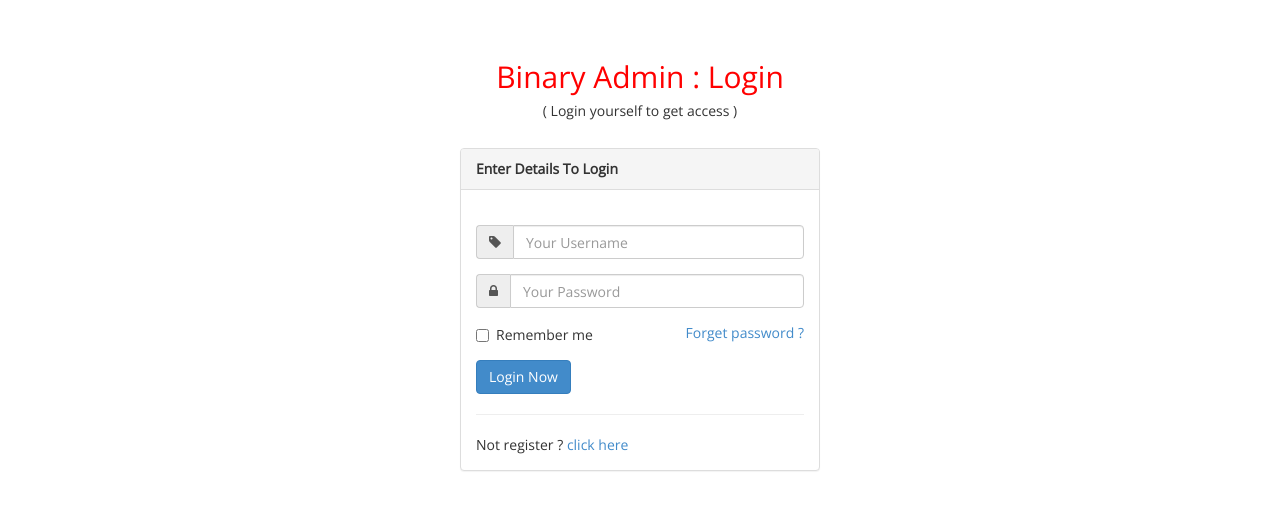
Repository: rauru008/EAD-da-WMBarros
Page: http://localhost/login.php
These files come from the project's save history. The page is drawn as it stood at one moment and after a run of saves; the edit follows.
The browser window is 1280 px wide. The pictures show the whole page.
The page is run by PHP 8.4 with error messages shown; the project is at /var/www/html/.

Above is the page before, as saved 2025-05-06 17:38:03.

### Financeiro/login.php
<!DOCTYPE html>
<html xmlns="http://www.w3.org/1999/xhtml">

<head>
    <meta charset="utf-8" />
    <meta name="viewport" content="width=device-width, initial-scale=1.0" />
    <title>Free Bootstrap Admin Template : Binary Admin</title>
    <!-- BOOTSTRAP STYLES-->
    <link href="assets/css/bootstrap.css" rel="stylesheet" />
    <!-- FONTAWESOME STYLES-->
    <link href="assets/css/font-awesome.css" rel="stylesheet" />
    <!-- CUSTOM STYLES-->
    <link href="assets/css/custom.css" rel="stylesheet" />
    <!-- GOOGLE FONTS-->
    <link href='http://fonts.googleapis.com/css?family=Open+Sans' rel='stylesheet' type='text/css' />

</head>

<body>
    <div class="container">
        <div class="row text-center ">
            <div class="col-md-12">
                <br /><br />
                <h2> Binary Admin : Login</h2>

                <h5>( Login yourself to get access )</h5>
                <br />
            </div>
        </div>
        <div class="row ">

            <div class="col-md-4 col-md-offset-4 col-sm-6 col-sm-offset-3 col-xs-10 col-xs-offset-1">
                <div class="panel panel-default">
                    <div class="panel-heading">
                        <strong> Enter Details To Login </strong>
                    </div>
                    <div class="panel-body">
                        <form role="form">
                            <br />
                            <div class="form-group input-group">
                                <span class="input-group-addon"><i class="fa fa-tag"></i></span>
                                <input type="text" class="form-control" placeholder="Your Username " />
                            </div>
                            <div class="form-group input-group">
                                <span class="input-group-addon"><i class="fa fa-lock"></i></span>
                                <input type="password" class="form-control" placeholder="Your Password" />
                            </div>
                            <div class="form-group">
                                <label class="checkbox-inline">
                                    <input type="checkbox" /> Remember me
                                </label>
                                <span class="pull-right">
                                    <a href="#">Forget password ? </a>
                                </span>
                            </div>

                            <a href="index.html" class="btn btn-primary ">Login Now</a>
                            <hr />
                            Not register ? <a href="registeration.html">click here </a>
                        </form>
                    </div>

                </div>
            </div>


        </div>
    </div>

</body>

</html>

### Financeiro/assets/css/custom.css

/*=============================================================
    Authour URI: www.binarycart.com
    License: Commons Attribution 3.0

    http://creativecommons.org/licenses/by/3.0/

    100% To use For Personal And Commercial Use.
    IN EXCHANGE JUST GIVE US CREDITS AND TELL YOUR FRIENDS ABOUT US

    ========================================================  */
/*==============================================
    GENERAL  STYLES
    =============================================*/
body {
    font-family: 'Open Sans', sans-serif;
}

 #wrapper {
    width: 100%;
    background:#202020;
}

#page-wrapper {
    padding: 15px 15px;
    min-height: 600px;
    background:#F3F3F3;

}
#page-inner {
    width:100%;
    margin:10px 20px 10px 0px;
    background-color:#fff!important;
    padding:10px;
    min-height:1200px;
}

.text-center {
    text-align:center;
}
.no-boder {
    border:1px solid #f3f3f3;
}
h2 {
    color: #f00;
}
h4 {
    padding-top:10px;
}
.square-btn-adjust {
    border: 0px solid transparent;
   -webkit-border-radius: 0px;
-moz-border-radius: 0px;
border-radius: 0px;

}
p {
    font-size:16px;
    line-height:25px;
    padding-top:20px;
}
/*==============================================
   DASHBOARD STYLES
    =============================================*/
.panel-back {
    background-color:#F8F8F8;

}
   .noti-box {
min-height: 100px;
padding: 20px;
}

    .noti-box .icon-box {
display: block;
float: left;
margin: 0 15px 10px 0;
width: 70px;
height: 70px;
line-height: 75px;
vertical-align: middle;
text-align: center;
font-size: 40px;
}
.text-box p{
    margin: 0 0 3px;
}
.main-text {
    font-size: 25px;
    font-weight:600;
}
.set-icon {
    -webkit-border-radius: 50px;
-moz-border-radius: 50px;
border-radius: 50px;

}
    .bg-color-green {
background-color: #00CE6F;
color: #fff;
}
 .bg-color-blue {
background-color: #A95DF0;
color: #fff;
}
  .bg-color-red {
background-color: #DB0630;
color: #fff;
}
  .bg-color-brown {
background-color: #B94A00;
color: #fff;
}


 .icon-box-right {
display: block;
float: right;
margin: 0 15px 10px 0;
width: 70px;
height: 70px;
line-height: 75px;
vertical-align: middle;
text-align: center;
font-size: 40px;
}

 .main-temp-back {
background: #8702A8;
color: #FFFFFF;
font-size: 16px;
font-weight: 300;
text-align: center;
}
 .main-temp-back .text-temp {
font-size: 40px;
}
.back-dash {
    padding:20px;
    font-size:20px;
    font-weight:500;
      -webkit-border-radius: 0px;
-moz-border-radius: 0px;
border-radius: 0px;
background-color:#2EA7EB;
color:#fff;
}
    .back-dash p {
        padding-top:16px;
        font-size:13px;
        color:#fff;
        line-height:25px;
        text-align:justify;
    }
    .back-footer-green {
    background-color: #009B50;
    border-top: 0px solid #fff;
}
     .back-footer-red {
    background-color: #AF0000;
    border-top: 0px solid #fff;
}
     .color-bottom-txt {
   color: #000;
font-size: 16px;
line-height: 30px;
}
     /*CHAT PANEL*/
 .chat-panel .panel-body {
height: 450px;
overflow-y: scroll;
}
 .chat-box {
margin: 0;
padding: 0;
list-style: none;
}
 .chat-box li {
margin-bottom: 15px;
padding-bottom: 5px;
border-bottom: 1px dotted #808080;
}
 .chat-box li.left .chat-body {
margin-left: 90px;
}
 .chat-box li .chat-body p {
margin: 0;
color: #8d8888;
}
.chat-img>img {
    margin-left:20px;
}

/*==============================================
    MENU STYLES
    =============================================*/


.user-image {
    margin: 25px auto;
-webkit-border-radius: 10px;
-moz-border-radius: 10px;
border-radius: 10px;
max-height:170px;
max-width:170px;
}

.navbar-cls-top .navbar-brand {
	color: #fff;
background: #C90000;
width: 260px;
text-align: center;
height: 60px;
font-size: 30px;
font-weight: 700;
}
.active-menu {
    background-color:#C90000!important;
}

.arrow {
    float: right;
}

.fa.arrow:before {
    content: "\f104";
}

.active > a > .fa.arrow:before {
    content: "\f107";
}


.nav-second-level li,
.nav-third-level li {
    border-bottom: none !important;
}

.nav-second-level li a {
    padding-left: 37px;
}

.nav-third-level li a {
    padding-left: 55px;
}
.sidebar-collapse , .sidebar-collapse .nav{
	background:none;
}
.sidebar-collapse .nav {
	padding:0;
}
.sidebar-collapse .nav > li > a {
	color:#fff;
	background:#202020;
	text-shadow:none;

}
.sidebar-collapse > .nav > li > a {
	padding:15px 10px;
}
.sidebar-collapse > .nav > li {
	border-bottom: 1px solid rgba(107, 108, 109, 0.19);
}
.sidebar-collapse .nav > li > a:hover,
.sidebar-collapse .nav > li > a:focus {

	background:#0A0A0A;
	outline:0;
}

.nav-second-level > li > a:before ,
.nav-third-level > li > a:before {
	content:"";
	display:block;
	position:absolute;
	left:20px;
	width:15px;
	height:1px;
	background:#ff0000;
	top:20px;
}
.nav-second-level > li > a:after,
.nav-third-level > li > a:after {
	content:"";
	display:block;
	position:absolute;
	left:20px;
	width:1px;
	height:100%;
	background:#ff0000;
	top:0px;
	z-index:10;
}
.nav-second-level  > li:last-child > a:after,
.nav-third-level  > li:last-child > a:after {
	height:50%;
}
.nav-third-level > li > a:after,
.nav-third-level > li > a:before  {
	left:40px;
}
.navbar-side {
	border:none;
	background-color: #202020;

}
.navbar-cls-top {
	background:#4D4D4D;
	border-bottom:none;

}
.navbar-cls-top .navbar-brand:hover {

background: #C90000;
color:#fff;

}

.navbar-default {
border:0px solid black;

}
.navbar-header {
    background: #A70303;
}
.navbar-default .navbar-toggle:hover, .navbar-default .navbar-toggle:focus {
background-color: #B40101;
}
.navbar-default .navbar-toggle {
border-color: #fff;
}

.navbar-default .navbar-toggle .icon-bar {
background-color: #FFF;
}
.nav > li > a > i {
    margin-right:10px;
}
/*==============================================
    UI ELEMENTS STYLES
    =============================================*/
.btn-circle {
width: 50px;
height: 50px;
padding: 6px 0;
 -webkit-border-radius: 25px;
-moz-border-radius: 25px;
border-radius: 25px;
text-align: center;
font-size: 12px;
line-height: 1.428571429;
}

/*==============================================
    MEDIA QUERIES
    =============================================*/

 @media(min-width:768px) {
     #page-wrapper{
               margin: 0 0 0 260px;
        padding: 15px 30px;
        min-height: 1200px;

    }


    .navbar-side {
        z-index: 1;
        position: absolute;
        width: 260px;
    }

   .navbar {
 border-radius: 0px;
}

}

Loaded but not shown: Financeiro/assets/css/bootstrap.css (library); Financeiro/assets/css/font-awesome.css (library)

After the next 2 saves:
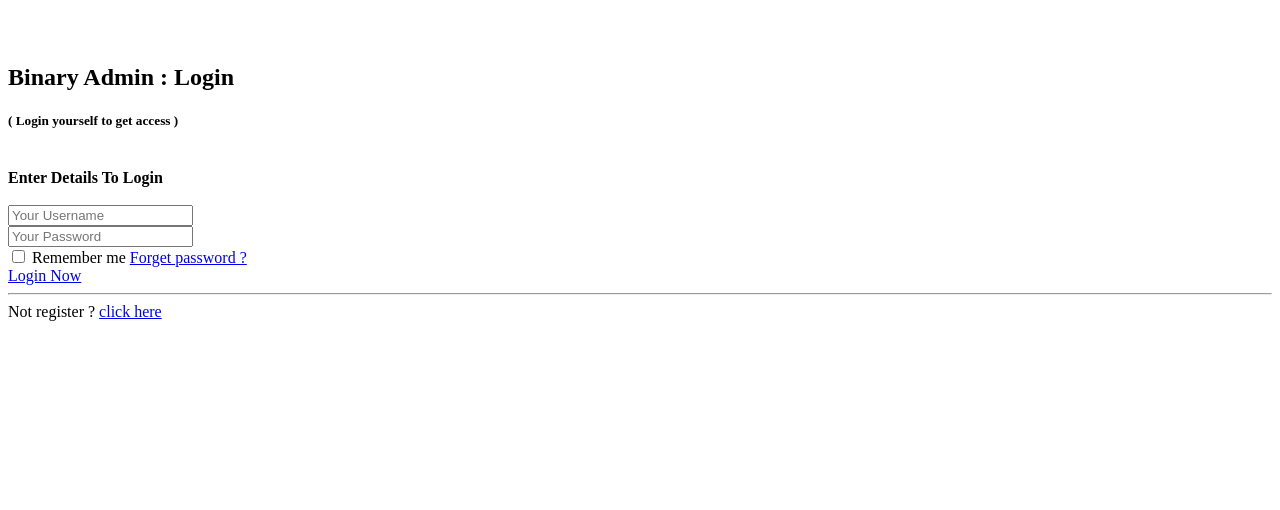
The 2 saves are shown as one change because they came seconds apart.
The last was saved 77 s later.
--- a/Financeiro/login.php
+++ b/Financeiro/login.php
@@ -1,20 +1,7 @@
 <!DOCTYPE html>
 <html xmlns="http://www.w3.org/1999/xhtml">
 
-<head>
-    <meta charset="utf-8" />
-    <meta name="viewport" content="width=device-width, initial-scale=1.0" />
-    <title>Free Bootstrap Admin Template : Binary Admin</title>
-    <!-- BOOTSTRAP STYLES-->
-    <link href="assets/css/bootstrap.css" rel="stylesheet" />
-    <!-- FONTAWESOME STYLES-->
-    <link href="assets/css/font-awesome.css" rel="stylesheet" />
-    <!-- CUSTOM STYLES-->
-    <link href="assets/css/custom.css" rel="stylesheet" />
-    <!-- GOOGLE FONTS-->
-    <link href='http://fonts.googleapis.com/css?family=Open+Sans' rel='stylesheet' type='text/css' />
 
-</head>
 
 <body>
     <div class="container">
